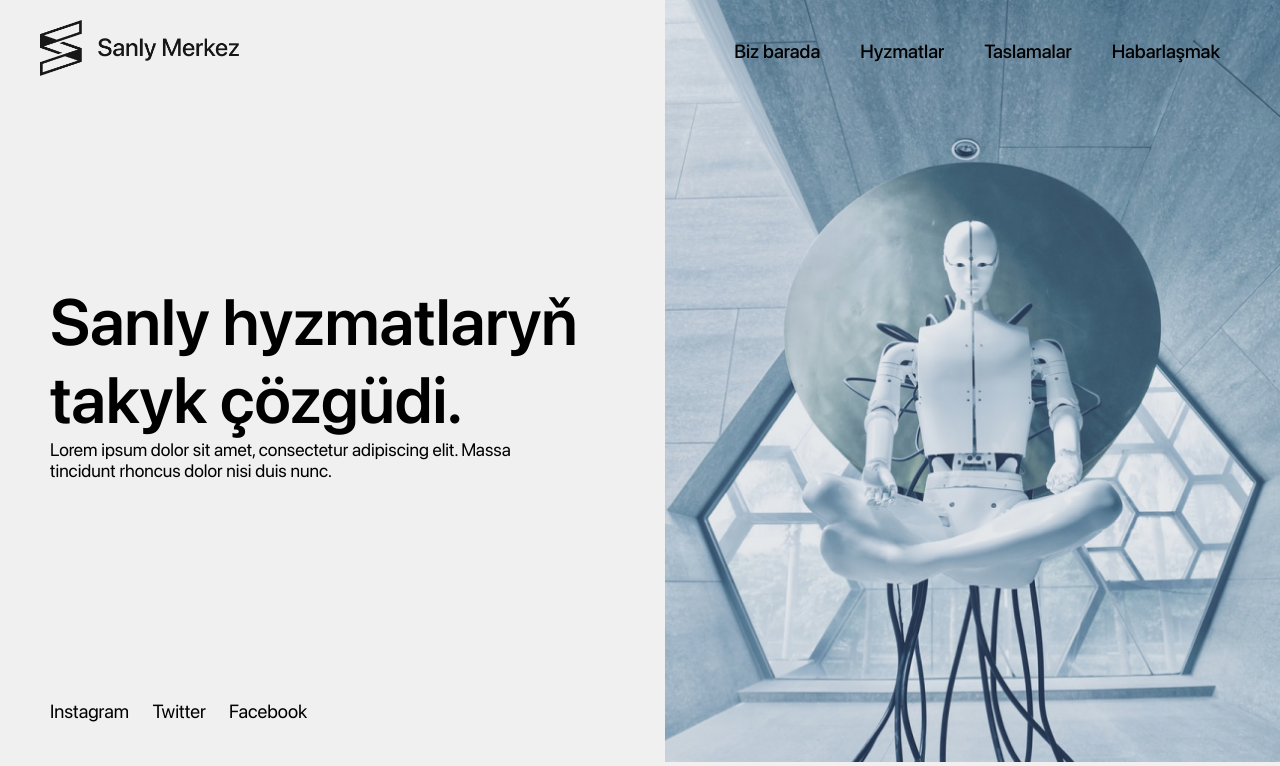
Repository: Meylis7/Sanly-Merkez-Web
Page: main.html
The author's editor kept a copy of each file at every save. The page is drawn from the files as they stood at one save, then again after the next save.
The browser window is 1280 px wide. The pictures show the whole page.

Above is the page before, as saved 2022-04-26 18:57:37.

### main.html
<!DOCTYPE html>
<html lang="en" dir="ltr">
  <head>
    <meta charset="utf-8">
    <meta name="viewport" content="width=device-width, initial-scale=1.0">
    <title>Sanly merkez</title>
    <link rel="stylesheet" href="./css/main.css">
  </head>
  <body>
    <div class="main-container">
      <div class="header-container">
        <header>
          <a href="#" class="brand"><img src="/assets/logo.png" alt=""></a>
          <div class="menu">
            <div class="btn">
                <svg class="close-btn" xmlns="http://www.w3.org/2000/svg" aria-hidden="true" role="img" width="1em" height="1em" preserveAspectRatio="xMidYMid meet" viewBox="0 0 20 20"><path fill="currentColor" fill-rule="evenodd" d="M4.293 4.293a1 1 0 0 1 1.414 0L10 8.586l4.293-4.293a1 1 0 1 1 1.414 1.414L11.414 10l4.293 4.293a1 1 0 0 1-1.414 1.414L10 11.414l-4.293 4.293a1 1 0 0 1-1.414-1.414L8.586 10L4.293 5.707a1 1 0 0 1 0-1.414Z" clip-rule="evenodd"/></svg>
            </div>
            <a href="#">Biz barada</a>
            <a href="#">Hyzmatlar</a>
            <a href="#">Taslamalar</a>
            <a href="#">Habarlaşmak</a>
          </div>
          <div class="btn">
            <svg class="menu-btn" xmlns="http://www.w3.org/2000/svg" aria-hidden="true" role="img" width="1em" height="1em" preserveAspectRatio="xMidYMid meet" viewBox="0 0 20 20"><path fill="currentColor" fill-rule="evenodd" d="M3 5a1 1 0 0 1 1-1h12a1 1 0 1 1 0 2H4a1 1 0 0 1-1-1Zm0 5a1 1 0 0 1 1-1h12a1 1 0 1 1 0 2H4a1 1 0 0 1-1-1Zm6 5a1 1 0 0 1 1-1h6a1 1 0 1 1 0 2h-6a1 1 0 0 1-1-1Z" clip-rule="evenodd"/></svg>
          </div>
        </header>
      </div>

      <div class="home-section">
        <div class="home-container">
          <div class="home-left-content">
            <div class="home-slogan">
              <p class="slogan">Sanly hyzmatlaryň <br>
                takyk çözgüdi.</p>
                <p class="slogan-text">Lorem ipsum dolor sit amet, consectetur adipiscing elit. Massa <br> tincidunt rhoncus dolor nisi duis nunc.</p>
            </div>
            <div class="home-social-links">
              <a href="#">Instagram</a>
              <a href="#">Twitter</a>
              <a href="#">Facebook</a>
            </div>
          </div>
          <div class="home-right-content">
            <img src="./assets/mainphoto.png" alt="">
          </div>
        </div>
      </div>

    </div>



    <script type="text/javascript">
    //javascript for navigation bar effect on scroll
    window.addEventListener("scroll", function(){
      var header = document.querySelector("header");
      header.classList.toggle('sticky', window.scrollY > 0);
    });

    //javascript for responsive navigation sidebar menu
    var menu = document.querySelector('.menu');
    var menuBtn = document.querySelector('.menu-btn');
    var closeBtn = document.querySelector('.close-btn');

    menuBtn.addEventListener("click", () => {
      menu.classList.add('active');
    });

    closeBtn.addEventListener("click", () => {
      menu.classList.remove('active');
    });
    </script>

  </body>
</html>

### css/main.css

@font-face {
  font-family: 'SF Pro Display';
  src: url('../SFProDisplay-Medium.eot');
  src: local('../SF Pro Display Medium'), local('SFProDisplay-Medium'),
      url('../SFProDisplay-Medium.eot?#iefix') format('embedded-opentype'),
      url('../SFProDisplay-Medium.woff2') format('woff2'),
      url('../SFProDisplay-Medium.woff') format('woff'),
      url('../SFProDisplay-Medium.ttf') format('truetype');
  font-weight: 500;
  font-style: normal;
}

@font-face {
  font-family: 'SF Pro Display';
  src: url('../SFProDisplay-Heavy.eot');
  src: local('../SF Pro Display Heavy'), local('SFProDisplay-Heavy'),
      url('../SFProDisplay-Heavy.eot?#iefix') format('embedded-opentype'),
      url('../SFProDisplay-Heavy.woff2') format('woff2'),
      url('../SFProDisplay-Heavy.woff') format('woff'),
      url('../SFProDisplay-Heavy.ttf') format('truetype');
  font-weight: 900;
  font-style: normal;
}

@font-face {
  font-family: 'SF Pro Display';
  src: url('../SFProDisplay-UltralightItalic.eot');
  src: local('../SF Pro Display UltralightItalic'), local('SFProDisplay-UltralightItalic'),
      url('../SFProDisplay-UltralightItalic.eot?#iefix') format('embedded-opentype'),
      url('../SFProDisplay-UltralightItalic.woff2') format('woff2'),
      url('../SFProDisplay-UltralightItalic.woff') format('woff'),
      url('../SFProDisplay-UltralightItalic.ttf') format('truetype');
  font-weight: 200;
  font-style: italic;
}

@font-face {
  font-family: 'SF Pro Display';
  src: url('../SFProDisplay-RegularItalic.eot');
  src: local('../SF Pro Display Regular Italic'), local('SFProDisplay-RegularItalic'),
      url('../SFProDisplay-RegularItalic.eot?#iefix') format('embedded-opentype'),
      url('vSFProDisplay-RegularItalic.woff2') format('woff2'),
      url('../SFProDisplay-RegularItalic.woff') format('woff'),
      url('../SFProDisplay-RegularItalic.ttf') format('truetype');
  font-weight: normal;
  font-style: italic;
}

@font-face {
  font-family: 'SF Pro Display';
  src: url('../SFProDisplay-Thin.eot');
  src: local('../SF Pro Display Thin'), local('SFProDisplay-Thin'),
      url('../SFProDisplay-Thin.eot?#iefix') format('embedded-opentype'),
      url('../SFProDisplay-Thin.woff2') format('woff2'),
      url('../SFProDisplay-Thin.woff') format('woff'),
      url('../SFProDisplay-Thin.ttf') format('truetype');
  font-weight: 100;
  font-style: normal;
}

@font-face {
  font-family: 'SF Pro Display';
  src: url('../SFProDisplay-Light.eot');
  src: local('../SF Pro Display Light'), local('SFProDisplay-Light'),
      url('../SFProDisplay-Light.eot?#iefix') format('embedded-opentype'),
      url('../SFProDisplay-Light.woff2') format('woff2'),
      url('../SFProDisplay-Light.woff') format('woff'),
      url('../SFProDisplay-Light.ttf') format('truetype');
  font-weight: 200;
  font-style: normal;
}

@font-face {
  font-family: 'SF Pro Display';
  src: url('../SFProDisplay-BlackItalic.eot');
  src: local('../SF Pro Display Black Italic'), local('SFProDisplay-BlackItalic'),
      url('../SFProDisplay-BlackItalic.eot?#iefix') format('embedded-opentype'),
      url('../SFProDisplay-BlackItalic.woff2') format('woff2'),
      url('../SFProDisplay-BlackItalic.woff') format('woff'),
      url('../SFProDisplay-BlackItalic.ttf') format('truetype');
  font-weight: 900;
  font-style: italic;
}

@font-face {
  font-family: 'SF Pro Display';
  src: url('../SFProDisplay-Bold.eot');
  src: local('../SF Pro Display Bold'), local('SFProDisplay-Bold'),
      url('../SFProDisplay-Bold.eot?#iefix') format('embedded-opentype'),
      url('../SFProDisplay-Bold.woff2') format('woff2'),
      url('../SFProDisplay-Bold.woff') format('woff'),
      url('../SFProDisplay-Bold.ttf') format('truetype');
  font-weight: bold;
  font-style: normal;
}

@font-face {
  font-family: 'SF Pro Display';
  src: url('../SFProDisplay-Black.eot');
  src: local('../SF Pro Display Black'), local('SFProDisplay-Black'),
      url('../SFProDisplay-Black.eot?#iefix') format('embedded-opentype'),
      url('../SFProDisplay-Black.woff2') format('woff2'),
      url('../SFProDisplay-Black.woff') format('woff'),
      url('../SFProDisplay-Black.ttf') format('truetype');
  font-weight: 900;
  font-style: normal;
}

@font-face {
  font-family: 'SF Pro Display';
  src: url('../SFProDisplay-SemiboldItalic.eot');
  src: local('../SF Pro Display SemiboldItalic'), local('SFProDisplay-SemiboldItalic'),
      url('../SFProDisplay-SemiboldItalic.eot?#iefix') format('embedded-opentype'),
      url('../SFProDisplay-SemiboldItalic.woff2') format('woff2'),
      url('../SFProDisplay-SemiboldItalic.woff') format('woff'),
      url('../SFProDisplay-SemiboldItalic.ttf') format('truetype');
  font-weight: 600;
  font-style: italic;
}

@font-face {
  font-family: 'SF Pro Display';
  src: url('../SFProDisplay-Ultralight.eot');
  src: local('../SF Pro Display Ultralight'), local('SFProDisplay-Ultralight'),
      url('../SFProDisplay-Ultralight.eot?#iefix') format('embedded-opentype'),
      url('../SFProDisplay-Ultralight.woff2') format('woff2'),
      url('../SFProDisplay-Ultralight.woff') format('woff'),
      url('../SFProDisplay-Ultralight.ttf') format('truetype');
  font-weight: 200;
  font-style: normal;
}

@font-face {
  font-family: 'SF Pro Display';
  src: url('../SFProDisplay-LightItalic.eot');
  src: local('../SF Pro Display LightItalic'), local('SFProDisplay-LightItalic'),
      url('../SFProDisplay-LightItalic.eot?#iefix') format('embedded-opentype'),
      url('../SFProDisplay-LightItalic.woff2') format('woff2'),
      url('../SFProDisplay-LightItalic.woff') format('woff'),
      url('../SFProDisplay-LightItalic.ttf') format('truetype');
  font-weight: 200;
  font-style: italic;
}

@font-face {
  font-family: 'SF Pro Display';
  src: url('../SFProDisplay-ThinItalic.eot');
  src: local('../SF Pro Display ThinItalic'), local('SFProDisplay-ThinItalic'),
      url('../SFProDisplay-ThinItalic.eot?#iefix') format('embedded-opentype'),
      url('../SFProDisplay-ThinItalic.woff2') format('woff2'),
      url('../SFProDisplay-ThinItalic.woff') format('woff'),
      url('../SFProDisplay-ThinItalic.ttf') format('truetype');
  font-weight: 100;
  font-style: italic;
}

@font-face {
  font-family: 'SF Pro Display';
  src: url('../SFProDisplay-MediumItalic.eot');
  src: local('../SF Pro Display MediumItalic'), local('SFProDisplay-MediumItalic'),
      url('../SFProDisplay-MediumItalic.eot?#iefix') format('embedded-opentype'),
      url('../SFProDisplay-MediumItalic.woff2') format('woff2'),
      url('../SFProDisplay-MediumItalic.woff') format('woff'),
      url('../SFProDisplay-MediumItalic.ttf') format('truetype');
  font-weight: 500;
  font-style: italic;
}

@font-face {
  font-family: 'SF Pro Display';
  src: url('../SFProDisplay-Semibold.eot');
  src: local('SF Pro Display Semibold'), local('SFProDisplay-Semibold'),
      url('../SFProDisplay-Semibold.eot?#iefix') format('embedded-opentype'),
      url('../SFProDisplay-Semibold.woff2') format('woff2'),
      url('../SFProDisplay-Semibold.woff') format('woff'),
      url('../SFProDisplay-Semibold.ttf') format('truetype');
  font-weight: 600;
  font-style: normal;
}

@font-face {
  font-family: 'SF Pro Display';
  src: url('../SFProDisplay-HeavyItalic.eot');
  src: local('../SF Pro Display HeavyItalic'), local('SFProDisplay-HeavyItalic'),
      url('../SFProDisplay-HeavyItalic.eot?#iefix') format('embedded-opentype'),
      url('../SFProDisplay-HeavyItalic.woff2') format('woff2'),
      url('../SFProDisplay-HeavyItalic.woff') format('woff'),
      url('../SFProDisplay-HeavyItalic.ttf') format('truetype');
  font-weight: 900;
  font-style: italic;
}

@font-face {
  font-family: 'SF Pro Display';
  src: url('../SFProDisplay-Regular.eot');
  src: local('../SF Pro Display Regular'), local('SFProDisplay-Regular'),
      url('../SFProDisplay-Regular.eot?#iefix') format('embedded-opentype'),
      url('../SFProDisplay-Regular.woff2') format('woff2'),
      url('../SFProDisplay-Regular.woff') format('woff'),
      url('../SFProDisplay-Regular.ttf') format('truetype');
  font-weight: normal;
  font-style: normal;
}

@font-face {
  font-family: 'SF Pro Display';
  src: url('../SFProDisplay-BoldItalic.eot');
  src: local('../SF Pro Display BoldItalic'), local('SFProDisplay-BoldItalic'),
      url('../SFProDisplay-BoldItalic.eot?#iefix') format('embedded-opentype'),
      url('../SFProDisplay-BoldItalic.woff2') format('woff2'),
      url('../SFProDisplay-BoldItalic.woff') format('woff'),
      url('../SFProDisplay-BoldItalic.ttf') format('truetype');
  font-weight: bold;
  font-style: italic;
}


*{
  margin: 0;
  padding: 0;
  box-sizing: border-box;
  font-family: "SF Pro Display";

}
a{
  text-decoration: none;
}

body{
  min-height: 100vh;
  background: #F0F0F0;
}
header{
  z-index: 999;
  position: fixed;
  top: 0;
  left: 0;
  width: 100%;
  display: flex;
  justify-content: space-between;
  align-items: center;
  padding: 20px 40px;
  transition: 0.6s;
  transform: translate(calc(50vw - 50%));
}

header.sticky{
  background: #ffffff;
  padding: 15px 70px;

}

header .brand{
  color: #fff;
  font-size: 30px;
  font-weight: 700;
  text-transform: uppercase;
  text-decoration: none;
  letter-spacing: 2px;
}

header .menu{
  position: relative;
  display: flex;
  justify-content: center;
  align-items: center;
}

header .menu a{
  color: rgb(0, 0, 0);
  font-size: 19px;
  font-weight: 500;
  text-decoration: none;
  padding: 7px 10px;
  margin: 0 10px;
  padding: 0 10px;
  border-radius: 20px;
  transition: 0.3s;
  transition-property: color, background;
}

header .menu a:hover{
  color: #000;
  background: #fff;
}

header .btn{
  color: rgb(94, 0, 0);
  font-size: 25px;
  cursor: pointer;
  display: none;
}
/* .main-container{
    max-width: 1240px;
    height: 100%;
    margin: 0 auto;
} */
.brand{
  width: 200px;
}
.brand img{
  width: 100%;
}
.home-container{
  display: flex;
  width: 100%;

}
.home-left-content,.home-right-content{
  flex: 1;
}
.home-left-content{
  display: flex;
  flex-direction: column;
  justify-content: space-between;
  padding-left: 50px;
}
.home-right-content img{
  width: 100%;
}
.slogan{
  font-size: 65px;
  font-family: "SF Pro Display";
  font-weight: 600;
  margin-top: 46%;
}
.slogan-text{
  font-size: 18px;
  font-family: "SF Pro Display";
}
.home-social-links{
  margin-bottom: 7%;
}
.home-social-links a {
  color: #000;
  margin-right: 20px;
  font-size: 19px;
}

@media (max-width: 1060px){
  header .btn{
    display: block;
  }

  header .menu{
    position: fixed;
    background: #ffffff;
    flex-direction: column;
    min-width: 400px;
    height: 100vh;
    top: 0;
    right: -100%;
    padding: 80px 50px;
    transition: 0.5s;
    transition-property: right;
  }

  header .menu.active{
    right: 0;
  }

  header .menu .close-btn{
    position: absolute;
    top: 0;
    left: 0;
    margin: 25px;
  }

  header .menu a{
    display: block;
    font-size: 20px;
    margin: 20px;
    padding: 0 15px;
  }
}

After the next save:
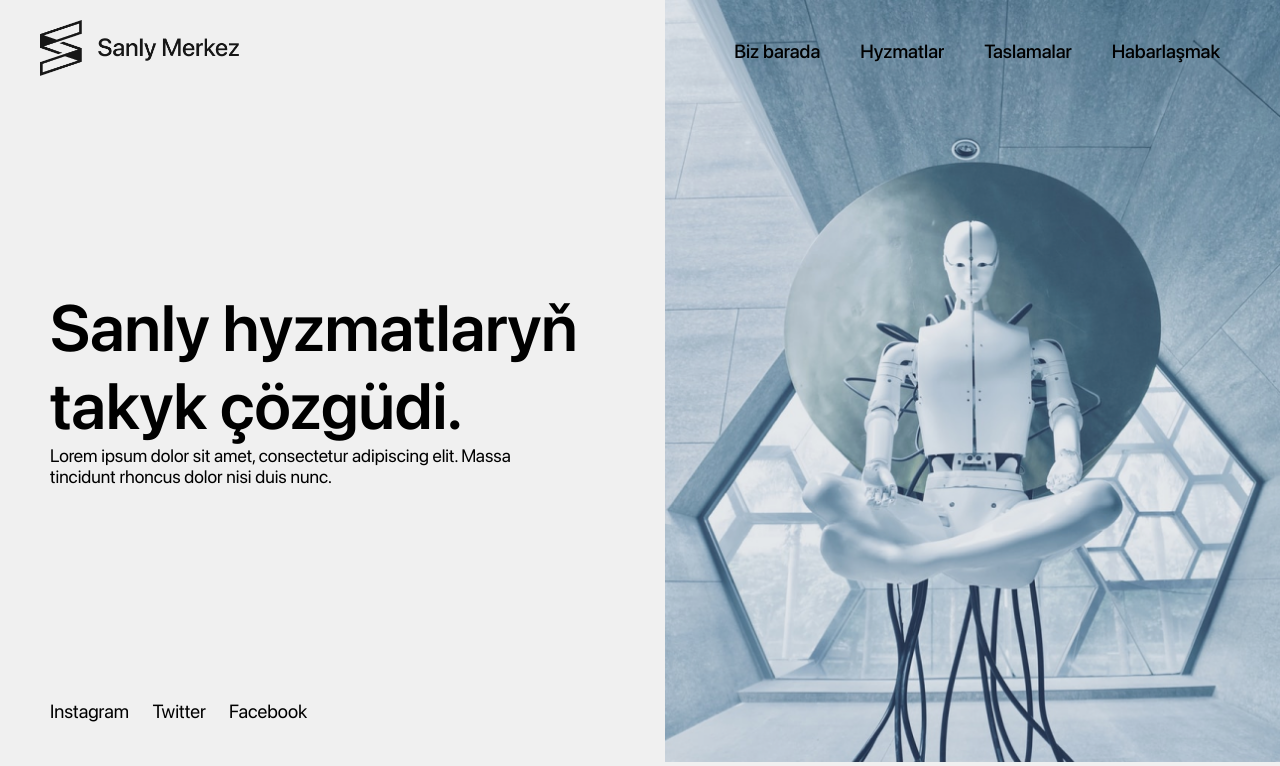
Saved 5 s later.
--- a/css/main.css
+++ b/css/main.css
@@ -323,7 +323,7 @@
   font-size: 65px;
   font-family: "SF Pro Display";
   font-weight: 600;
-  margin-top: 46%;
+  margin-top: 47%;
 }
 .slogan-text{
   font-size: 18px;

After the save that followed:
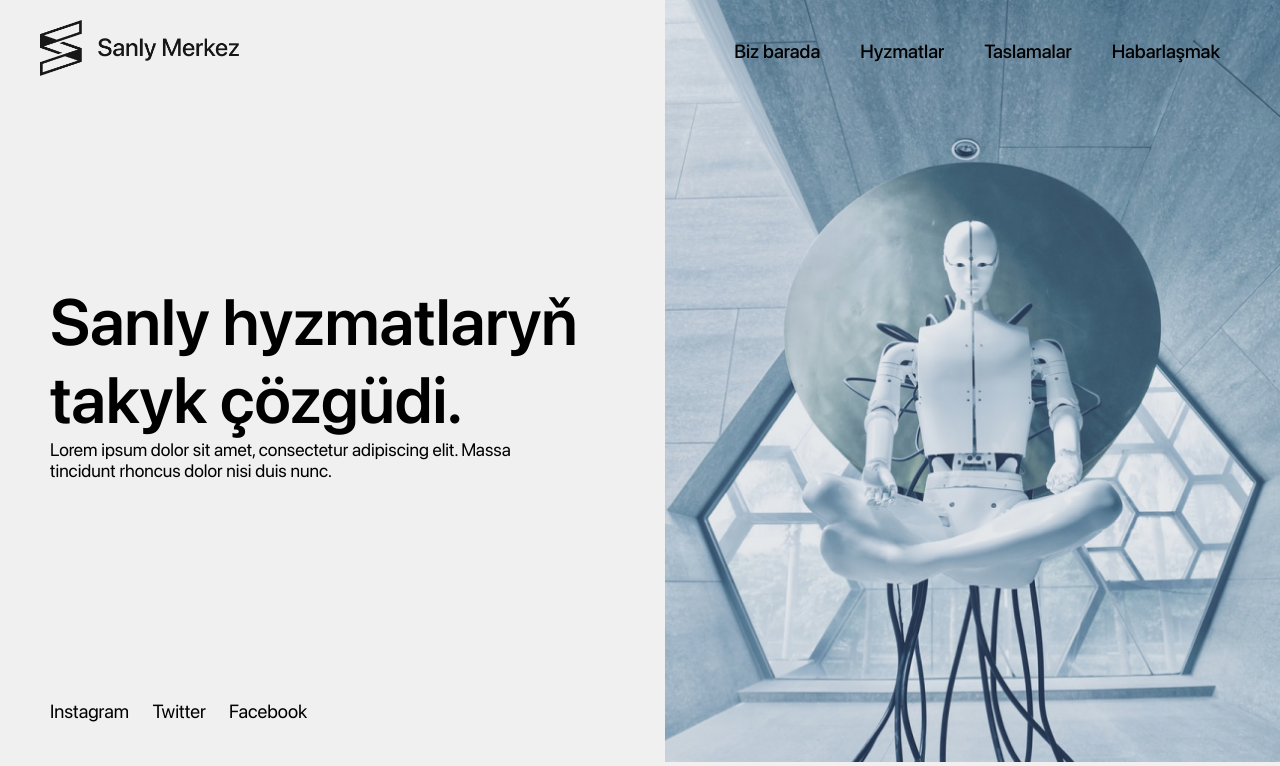
Saved 8 s later.
--- a/css/main.css
+++ b/css/main.css
@@ -323,7 +323,7 @@
   font-size: 65px;
   font-family: "SF Pro Display";
   font-weight: 600;
-  margin-top: 47%;
+  margin-top: 46%;
 }
 .slogan-text{
   font-size: 18px;
